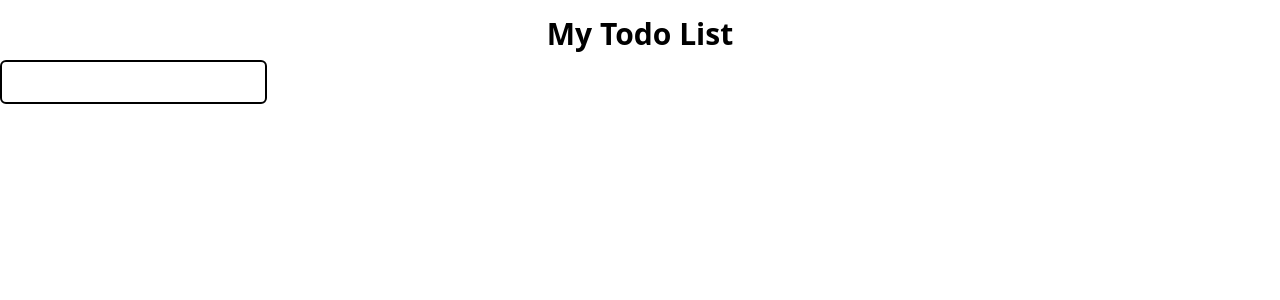
Repository: vgor15/todo-list
Page: /
These files come from the project's save history. The page is drawn as it stood at one moment and after a run of saves; the edit follows.
The browser window is 1280 px wide. The pictures show the whole page.
The project was rebuilt for these pictures with package versions that can differ from the ones it lists, and the page was loaded fresh each time. The framework's server and built-in components were replaced by stand-ins that run in the browser. Also part of the build but not shown: next.config.js, next.config.mjs.

Above is the page before, as saved 2025-03-05 00:00:56.

### app/layout.js
import { Geist, Geist_Mono } from "next/font/google";
import "./globals.css";

const geistSans = Geist({
  variable: "--font-geist-sans",
  subsets: ["latin"],
});

const geistMono = Geist_Mono({
  variable: "--font-geist-mono",
  subsets: ["latin"],
});

export const metadata = {
  title: "Todo List",
  description: "Todo List created by Vyom-Gor",
};

export default function RootLayout({ children }) {
  return (
    <html lang="en">
      <body
        className={`${geistSans.variable} ${geistMono.variable} antialiased`}
      >
        {children}
      </body>
    </html>
  );
}

### app/page.js
import React from "react";

const page = () => {
  return (
    <>
      <h1 className="text-3xl font-bold text-center mt-4 mb-2">My Todo List</h1>
      <form>
        <input
          className="border-2 px-4 py-2 rounded-md outline-none focus:ring-2 focus:ring-amber-500"
          type="text"
          name=""
          id=""
        />
      </form>
    </>
  );
};

export default page;

Loaded but not shown: app/globals.css (common file)

After the next 2 saves:
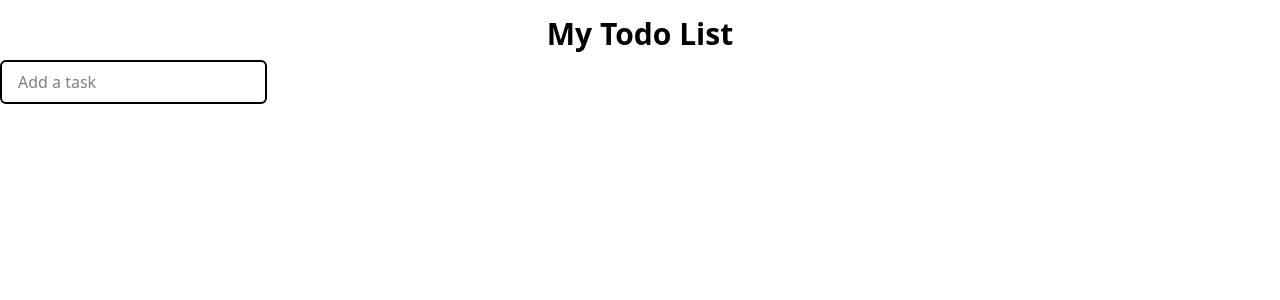
The 2 saves are shown as one change because they came seconds apart.
The last was saved 10 h 26 min later.
--- a/app/page.js
+++ b/app/page.js
@@ -10,6 +10,7 @@ const page = () => {
           type="text"
           name=""
           id=""
+          placeholder="Add a task"
         />
       </form>
     </>
